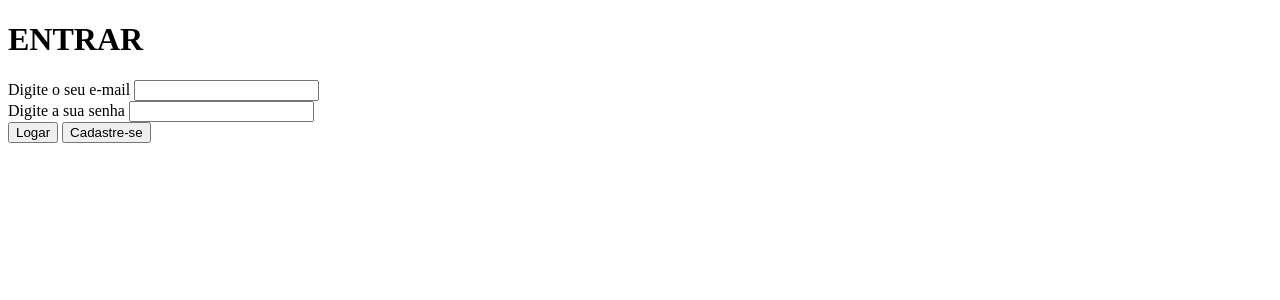
Repository: leviviana21/Java-web-login
Page: http://localhost/conexao_bd/
The author's editor kept a copy of each file at every save. The page is drawn from the files as they stood at one save, then again after the next save.
The browser window is 1280 px wide. The pictures show the whole page.
The page is served by Tomcat 9.

Above is the page before, as saved 2025-06-19 22:59:21.

After the next save:
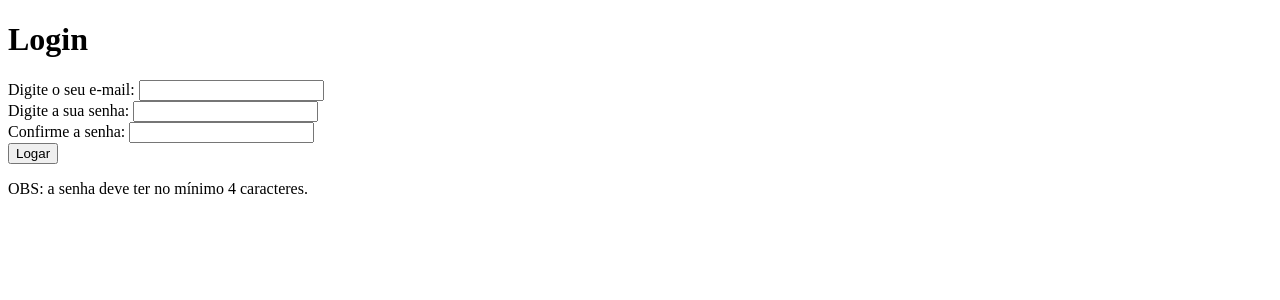
Saved 6 min 59 s later.
--- a/conexao_bd/src/main/webapp/index.jsp
+++ b/conexao_bd/src/main/webapp/index.jsp
@@ -5,28 +5,33 @@
 <head>
 <meta charset="UTF-8">
 <title>Insert title here</title>
+<link rel="stylesheet" href="style.css">
 </head>
 <body>
 
-<%
-	if(request.getAttribute("error") != null){
-%>
-	<p><% out.print(request.getAttribute("msg").toString()); %></p>
-<%
-	}
-%>
 
-	<h1>ENTRAR</h1>
-		<form action="cadastro" method="post">
-			<label>Digite o seu e-mail</label>
-			<input type="email" name="txtEmail">
-			<br>
-			<label>Digite a sua senha</label>
-			<input type="password" name="txtSenha">
-			<br>
-			<input type="submit" value="Logar">
-			<input type="submit" value="Cadastre-se">
-		</form>
-
+	<div class="container">
+	<form action="auth" method="post">
+        <h1>Login</h1>
+        <label>Digite o seu e-mail: </label>
+        <input type="email" name="txtEmail" class="emailsenha" >
+        <br>
+        <label>Digite a sua senha: </label>
+        <input type="password" name="txtSenha" class="emailsenha" >
+        <br>
+        <label>Confirme a senha: </label>
+        <input type="password" name="confirmar_Senha" class="emailsenha" >
+        <br>
+        <input type="submit" value="Logar" class="botao-login">
+        <p>OBS: a senha deve ter no mínimo 4 caracteres.</p>
+        <%
+			if(request.getAttribute("error") != null){
+		%>
+		<p class="aviso-erro"><% out.print(request.getAttribute("msg").toString()); %></p>
+		<%
+			}
+		%>
+    </form>
+    </div>
 </body>
 </html>
